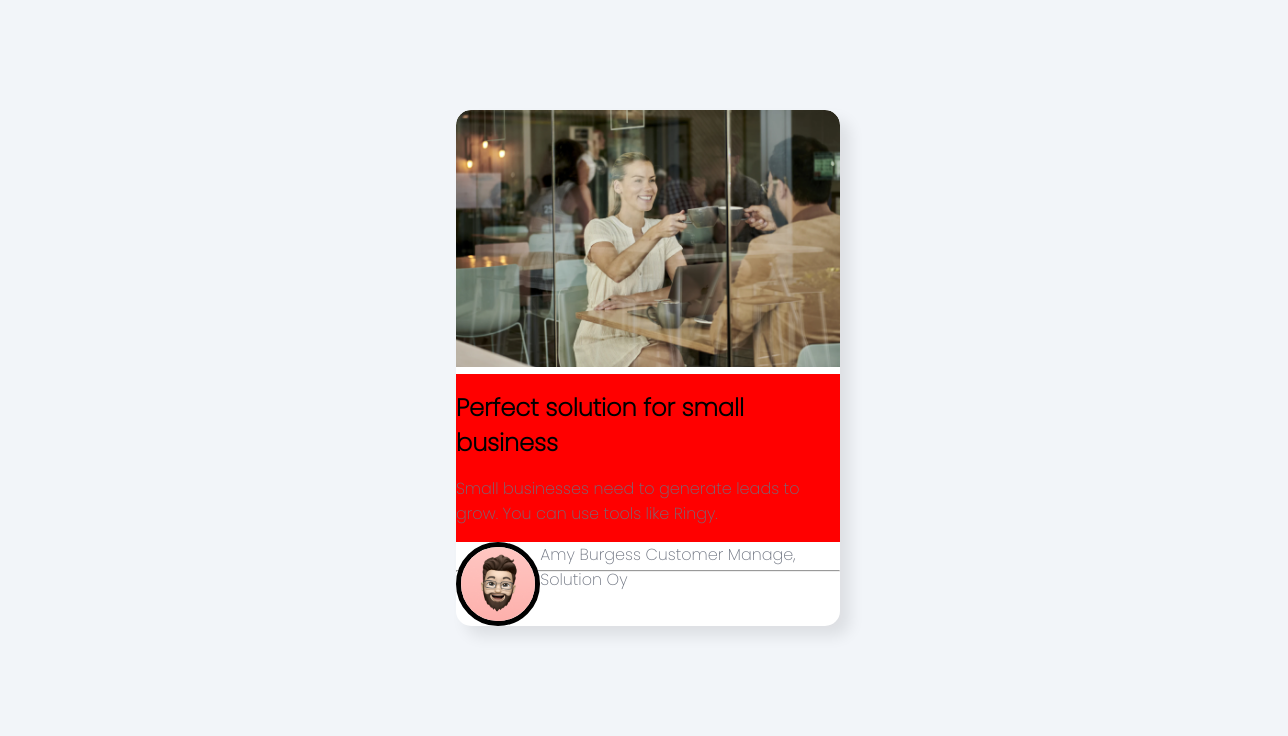
Repository: massndongo/business-blog-card
Page: index.html
An editor plug-in stored every save of this project. The page is shown before and after a run of saves, followed by the edit.
The browser window is 1280 px wide. The page is 1288 px wide, so the pictures cover 1288 px, including what lies to the right of the window. The pictures show the whole page.

Above is the page before, as saved 2023-11-08 05:04:45.

### index.html
<!DOCTYPE html>
<html lang="en">
<head>
    <meta charset="UTF-8">
    <meta name="viewport" content="width=device-width, initial-scale=1.0">
    <link rel="stylesheet" href="css/styles.css">
    <title>Responsive Web Developer Starter - devchallenges.io</title>
    <link rel="icon" href="images/favicon.ico" type="image/x-icon" sizes="any">
</head>
<body>
    <div class="card">
        <img src="images/hero-image-business-card.png" alt="" srcset="">
        <div class="card-body">
            <h1 class="title">Perfect solution for small business</h1>
            <p class="corps">Small businesses need to generate leads to grow. You can use tools like Ringy.</p>
        </div>
        <hr>
        <div class="card-footer">
            <img src="images/avatar-image-business-card.png" alt="" srcset="">
            <div>
                <span>Amy Burgess</span>
                <span>Customer Manage, Solution Oy</span>
            </div>
        </div>
    </div>
</body>
</html>

### css/styles.css
@import url('https://fonts.googleapis.com/css2?family=Poppins:wght@200&display=swa');

* {
    box-sizing: border-box;
    font-family: 'Poppins', sans-serif;
    overflow: hidden;
}

/* Add some styles for body*/
body {
    width: 100%;
    height: 100vh;
    background-color: #F2F5F9;
    display: flex;
    justify-content: center;
    align-items: center;

}

.card{
    position: relative;
    flex-direction: column;
    background-color: #FFFFFF;
    box-shadow: 10px 10px 15px 0px rgba(0, 0, 0, 0.09);
    width: 30%;
    height: auto;
    border-radius: 15px;
}
.card img{
    width: 100%;
    /* border-radius: 10px; */
    border-radius: 15px 15px 0 0;
}
.card-body{
    background-color: red;

}
.title{
    font-size: 24px;

}
.corps{
    font-size: 16px;

}
.card-footer{
    display: flex;
    justify-self: baseline;
    position: relative;
    font-size: 16px;
}
.card-footer img{
    width: 25%;
    border-radius: 50%;
    border: 5px solid black;
}
.corps, .card-footer, hr{
    color: #6C727F
}
hr{
    width: 100%;
    height: 1px;
    position: absolute;
    bottom: 9%;
    left: 0;
    right: 0;
    background-color: #6c727f85;
}

@media screen and (max-width: 768px) {
    .card {
        width: 90%;
    }
}

After the next 3 saves:
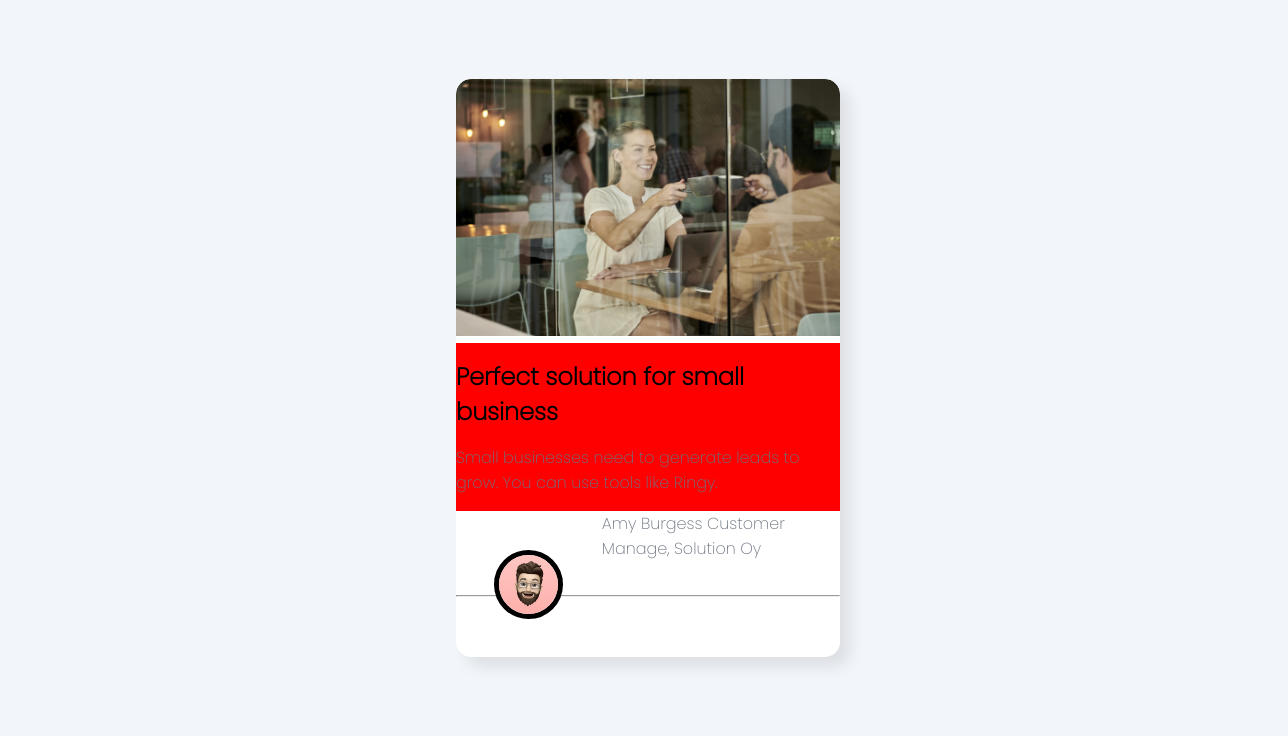
The 3 saves are shown as one change because they came seconds apart.
The last was saved 13 s later.
--- a/css/styles.css
+++ b/css/styles.css
@@ -50,6 +50,7 @@
     font-size: 16px;
 }
 .card-footer img{
+    margin: 10%;
     width: 25%;
     border-radius: 50%;
     border: 5px solid black;

After the 2 saves that followed:
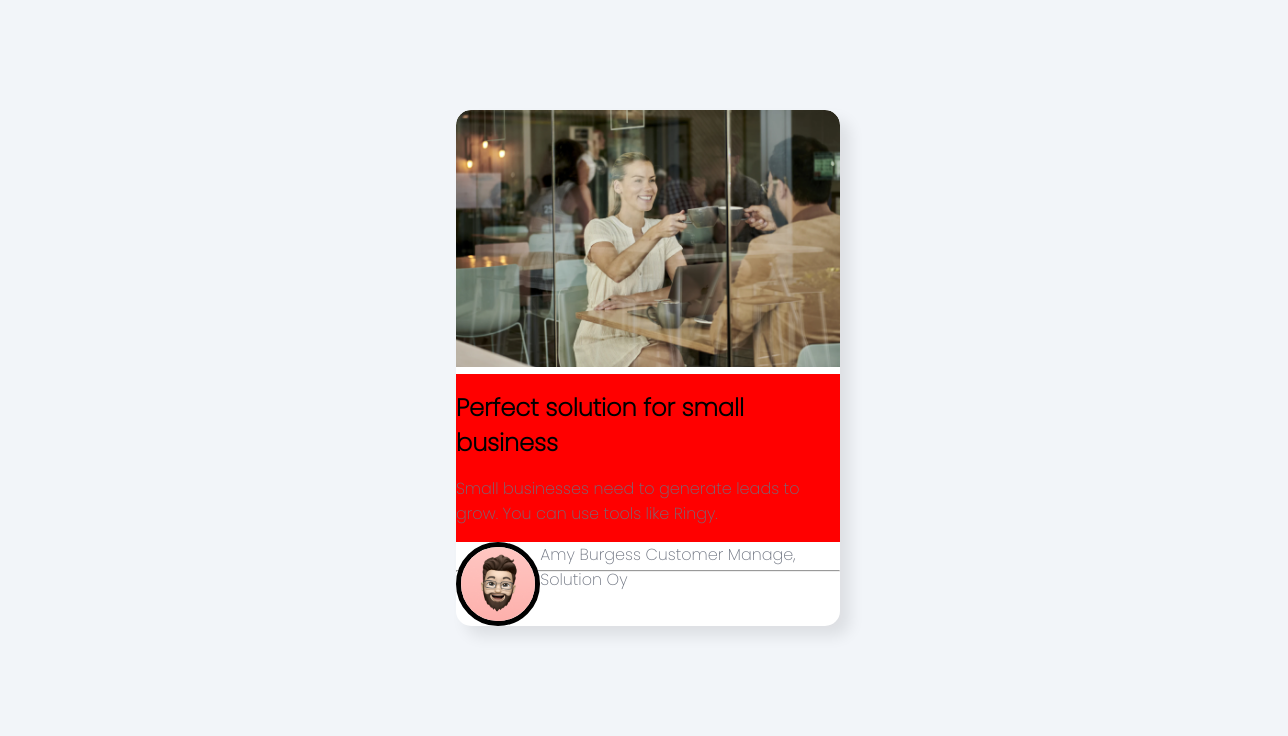
The 2 saves are shown as one change because they came seconds apart.
The last was saved 18 s later.
--- a/css/styles.css
+++ b/css/styles.css
@@ -50,7 +50,7 @@
     font-size: 16px;
 }
 .card-footer img{
-    margin: 10%;
+    margin: 0 ;
     width: 25%;
     border-radius: 50%;
     border: 5px solid black;
